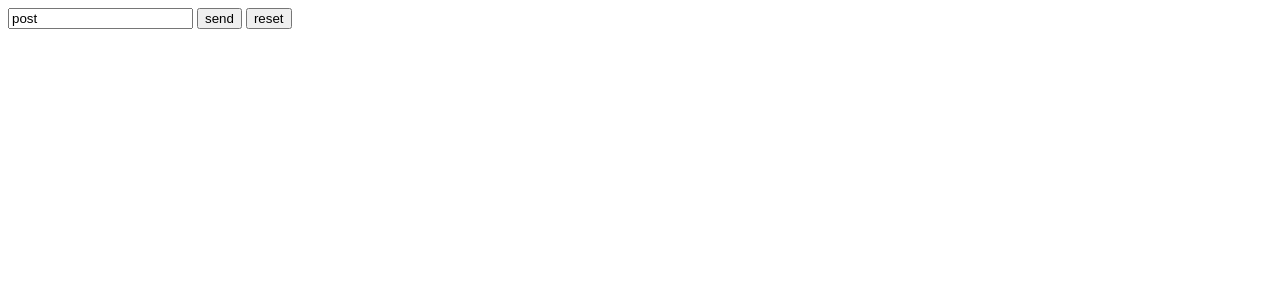
Repository: kimhun456/JSPLearn
Page: HelloWorld/WebContent/post.html
An editor plug-in stored every save of this project. The page is shown before and after a run of saves, followed by the edit.
The browser window is 1280 px wide. The pictures show the whole page.

Above is the page before, as saved 2015-06-27 12:44:03.

### HelloWorld/WebContent/post.html
<!DOCTYPE html>
<html>
<head>
<meta charset="UTF-8">
<title>Insert title here</title>
</head>
<body>
	<form action="HelloWorld" method="Post">
		<input type="text" name="name" value="post" /> <input type="submit"
			value="send" /> <input type="reset" value="reset" />
	</form>
</body>
</html>

After the next 2 saves:
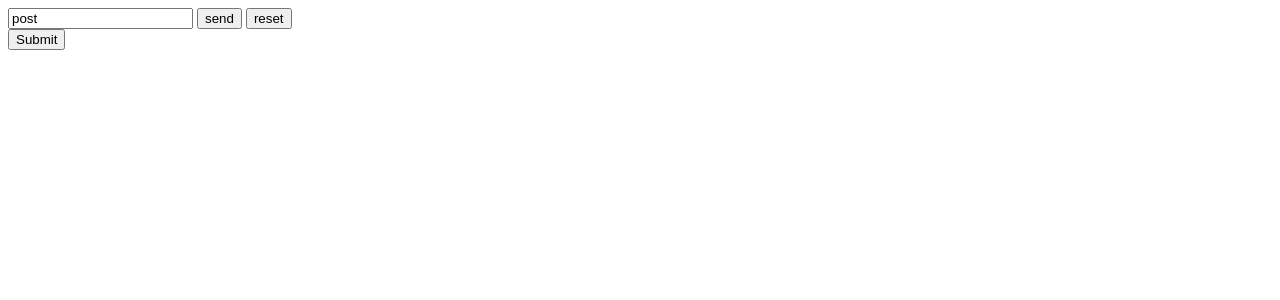
The 2 saves are shown as one change because they came seconds apart.
The last was saved 108 s later.
--- a/HelloWorld/WebContent/post.html
+++ b/HelloWorld/WebContent/post.html
@@ -9,5 +9,9 @@
 		<input type="text" name="name" value="post" /> <input type="submit"
 			value="send" /> <input type="reset" value="reset" />
 	</form>
+
+	<form action="LifeCycle" method="Post">
+		<input type="submit" name="send" />
+	</form>
 </body>
 </html>
